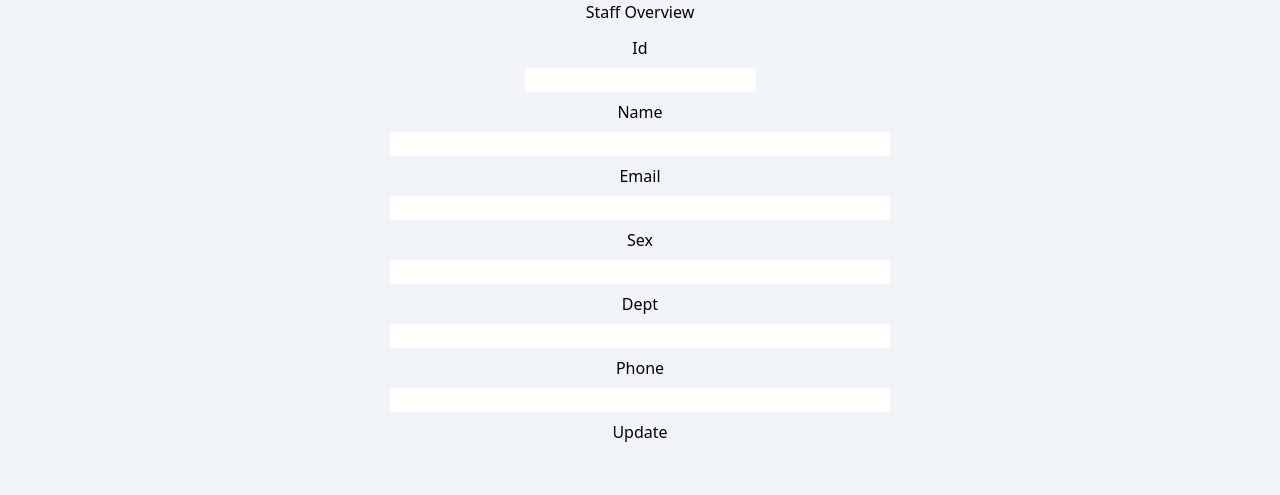
Repository: Semanmernstack/crud
Page: /employee/create
An editor plug-in stored every save of this project. The page is shown before and after the next save, followed by the edit.
The browser window is 1280 px wide. The pictures show the whole page.
The project was rebuilt for these pictures with package versions that can differ from the ones it lists, and the page was loaded fresh each time. Also part of the build but not shown: src/List.js, src/Details.js, src/Edit.js.

Above is the page before, as saved 2022-12-24 01:43:04.

### src/App.js
import List from "./List";
import {
  BrowserRouter,
  Routes,
  Route,

} from "react-router-dom";
import Details from "./Details";
import Create from "./Create";
import Edit from "./Edit";



function App() {
  return (
    <div className="bg-slate-100 h-screen">
      <BrowserRouter>

      <Routes>
        <Route path="/" element={<List/>}> </Route>
        <Route path="/employee/create" element={<Create/>}> </Route>
        <Route path="/employee/details/:empid" element={<Details/>}> </Route>
        <Route path="/employee/edit/:empid" element={<Edit/>}> </Route>
      </Routes>
      </BrowserRouter>

    </div>
  );
}

export default App;

### src/Create.js
import React from 'react'

function Create() {
  return (
    <div className="flex flex-col   text-center ">
        <div>
            <p>Staff Overview</p>
        </div>
        <form className="">
          <div className="flex text-center p-3 justify-center  items-center flex-col gap-2">
            <div className="flex flex-col  items-center">
              <span>Id</span>
              <input className='w-full mt-2 outline-none border-none'   type="text" />
            </div>
            <div className="flex flex-col w-[500px] items-center">
              <span>Name</span>
              <input className='w-full mt-2 outline-none border-none' type="text" required />
            </div>
            <div className="flex flex-col w-[500px] items-center">
              <span>Email</span>
              <input className='w-full mt-2 outline-none border-none' type="email" />
            </div>
            <div className="flex flex-col w-[500px] items-center">
              <span>Sex</span>
              <input className='w-full mt-2 outline-none border-none' type="text" />
            </div>
            <div className="flex flex-col w-[500px] items-center">
              <span>Dept</span>
              <input className='w-full mt-2 outline-none border-none' type="text" />
            </div>
            <div className="flex flex-col w-[500px] items-center">
              <span>Phone</span>
              <input className='w-full mt-2 outline-none border-none' type="number" />
            </div>
            <button>Update</button>
          </div>
        </form>
    </div>
  )
}

export default Create

Loaded but not shown: public/index.html (common file); src/index.js (common file); src/index.css (common file); src/reportWebVitals.js (common file); tailwind.config.js (common file)

After the next save:
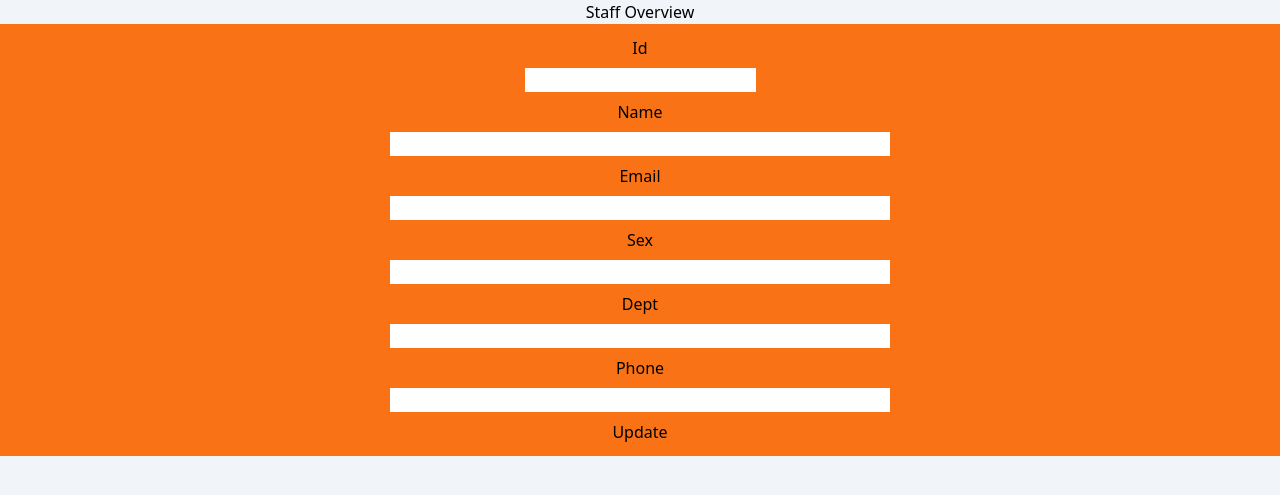
Saved 34 s later.
--- a/src/Create.js
+++ b/src/Create.js
@@ -7,7 +7,7 @@ function Create() {
             <p>Staff Overview</p>
         </div>
         <form className="">
-          <div className="flex text-center p-3 justify-center  items-center flex-col gap-2">
+          <div className="flex text-center p-3 justify-center bg-orange-500  items-center flex-col gap-2">
             <div className="flex flex-col  items-center">
               <span>Id</span>
               <input className='w-full mt-2 outline-none border-none'   type="text" />
